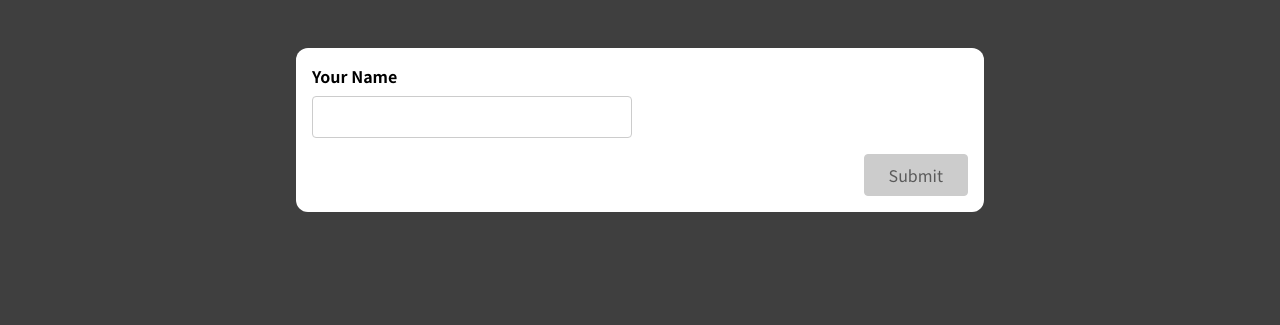
Repository: NamalPathirana/WorkingWithForms
Page: /
An editor plug-in stored every save of this project. The page is shown before and after the next save, followed by the edit.
The browser window is 1280 px wide. The pictures show the whole page.
The project was rebuilt for these pictures with package versions that can differ from the ones it lists, and the page was loaded fresh each time.

Above is the page before, as saved 2022-03-30 16:01:28.

### src/index.css
@import url('https://fonts.googleapis.com/css2?family=Noto+Sans+JP:wght@400;700&display=swap');

* {
  box-sizing: border-box;
}

html {
  font-family: 'Noto Sans JP', sans-serif;
}

body {
  margin: 0;
  background-color: #3f3f3f;
}

.app {
  width: 90%;
  max-width: 43rem;
  padding: 1rem;
  border-radius: 12px;
  background-color: white;
  margin: 3rem auto;
}

.form-control {
  margin-bottom: 1rem;
}

.form-control input,
.form-control label {
  display: block;
}

.form-control label {
  font-weight: bold;
  margin-bottom: 0.5rem;
}

.form-control input,
.form-control select {
  font: inherit;
  padding: 0.5rem;
  border-radius: 4px;
  border: 1px solid #ccc;
  width: 20rem;
  max-width: 100%;
}

.form-control input:focus {
  outline: none;
  border-color: #240370;
  background-color: #e0d4fd;
}

.control-group {
  display: flex;
  column-gap: 1rem;
  flex-wrap: wrap;
}

.control-group .form-control {
  min-width: 15rem;
  flex: 1;
}

button {
  font: inherit;
  background-color: #240370;
  color: white;
  border: 1px solid #240370;
  padding: 0.5rem 1.5rem;
  border-radius: 4px;
  cursor: pointer;
}

button:disabled,
button:disabled:hover,
button:disabled:active{
  color:rgb(90, 90, 90);
  background-color: #ccc;
  border-color: #ccc;
  cursor:not-allowed;
}

button:hover,
button:active {
  background-color: #33059e;
  border-color: #33059e;
}

.form-actions {
  text-align: right;
}

.form-actions button {
  margin-left: 1rem;
}

.invalid input {
  border: 1px solid #b40e0e;
  background-color: #fddddd;
}

.invalid input:focus {
  border-color: #ff8800;
  background-color: #fbe8d2;
}

.error-text {
  color: #b40e0e;
}

### src/components/SimpleInput.js
import { useState } from "react";

const SimpleInput = (props) => {
  // const nameInputRef = useRef();
  const [enteredName, setEnteredName] = useState("");
  const [enteredNameTouched, setEnteredNameTouched] = useState(false);
  const [enteredEmail,setEnteredEmail] = useState("");
  const [enteredEmailTouched,setEnteredEmailTouched] = useState(false);

  const enteredNameIsValid = enteredName.trim() !== "";
  const enteredNameIsInvalid = !enteredNameIsValid && enteredNameTouched;
  let formIsValid = false;

  if (enteredNameIsValid) {
    formIsValid = true;
  }

  const nameInputChangeHandler = (event) => {
    setEnteredName(event.target.value);
  };

  const formSubmissionHandler = (event) => {
    event.preventDefault();
    setEnteredNameTouched(true);
    if (!enteredNameIsValid) return;
    console.log(enteredName);
    setEnteredName("");
    setEnteredNameTouched(false);
  };

  const nameInputBlurHandler = (event) => {
    setEnteredNameTouched(true);
  };

  const nameInputClass = `form-control ${enteredNameIsInvalid && "invalid"}`;

  return (
    <form onSubmit={formSubmissionHandler}>
      <div className={nameInputClass}>
        <label htmlFor="name">Your Name</label>
        <input
          type="text"
          id="name"
          onChange={nameInputChangeHandler}
          onBlur={nameInputBlurHandler}
          value={enteredName}
        />
        {enteredNameIsInvalid && (
          <p className="error-text">Name cannot be empty...</p>
        )}
      </div>
      <div className="form-actions">
        <button disabled={!formIsValid}>Submit</button>
      </div>
    </form>
  );
};

export default SimpleInput;

Loaded but not shown: public/index.html (common file); src/index.js (common file); src/App.js (common file)

After the next save:
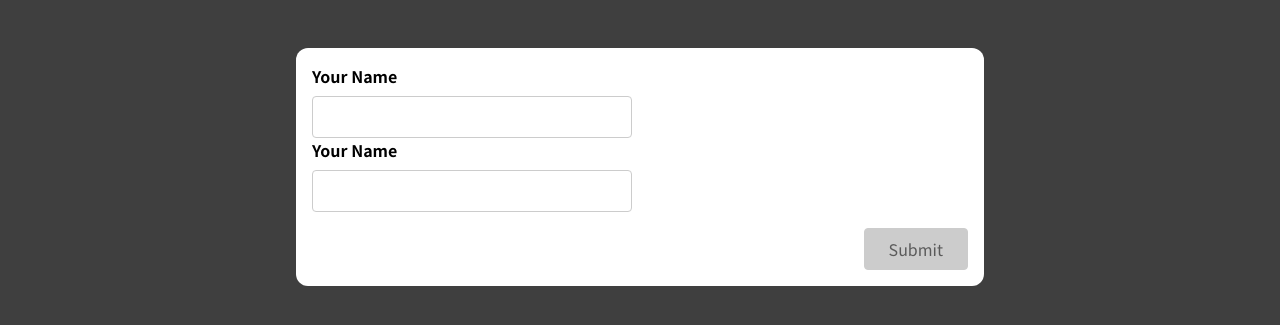
Saved 2 min 12 s later.
--- a/src/components/SimpleInput.js
+++ b/src/components/SimpleInput.js
@@ -45,6 +45,14 @@ const SimpleInput = (props) => {
           onBlur={nameInputBlurHandler}
           value={enteredName}
         />
+        <label htmlFor="email">Your Name</label>
+        <input
+          type="text"
+          id="name"
+          onChange={nameInputChangeHandler}
+          onBlur={nameInputBlurHandler}
+          value={enteredName}
+        />
         {enteredNameIsInvalid && (
           <p className="error-text">Name cannot be empty...</p>
         )}
